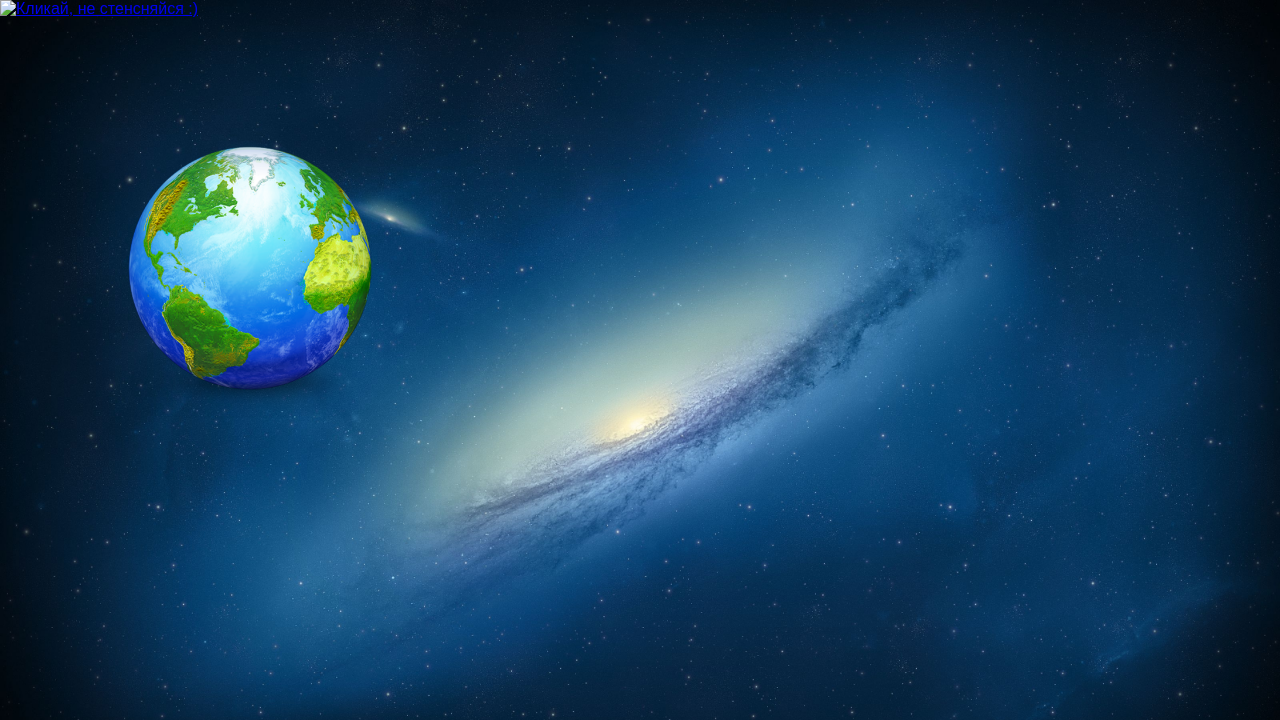
Repository: ivankovaa/HelloWorld
Page: orbita/index.html
The author's editor kept a record of every edit. The page is drawn from the files as they stood at one moment, then again after the next edit.
The browser window is 1280 px wide. The pictures show the whole page.

Above is the page before.

### orbita/index.html
<!DOCTYPE html>
<html lang="ru">
  <head>
    <meta charset="UTF-8">
    <link rel="stylesheet" href="style.css">
    <title>Орбита луны на CSS3</title>
  </head>
  <body>
    <!--Copyright www.Master-CSS.com-->
    <div class="my-logo"><a href="http://master-css.com/go/22/"><img src="http://master-css.com/favicon.png" alt="Кликай, не стенсняйся :)" title="Кликай, не стенсняйся :)" class="my-logo__pic"></a></div>
    <!--end copyright-->

    <img src="images/earth.png" alt "Земля" class="earth">
    <img src="images/moon2.png" alt "Луна" class="moon">

  </body>
</html>

### orbita/style.css
body{
  margin: 0;
  padding: 0;
  font: 1em sans-serif;
}

html, body{height: 100%;}

body{
  margin: 0;
  padding: 0;
  font: 1em sans-serif;
  background: url(images/cosmos.jpg);
  background-size: cover;
}

.earth{
  width: 300px;
  padding: 100px;
  position: relative;
  z-index: 1;
}

.moon{
  position: absolute;
  top: 170px;
  left: 170px;
  -webkit-animation: linear 5s orbita infinite;
  animation: linear 5s orbita infinite;
  z-index: 0;
}

@-webkit-keyframes orbita{
  0%{width: 72px}
  24%{z-index: 0;}
  25%{left: 400px; top: 130px; z-index: 2;}
  50%{width: 128px}
  74%{z-index: 2;}
  75%{top: 300px; left: 0; z-index: 0;}
  100%{width: 72px; transform: rotate(360deg);}
}

@keyframes orbita{
  0%{width: 72px}
  24%{z-index: 0;}
  25%{left: 400px; top: 130px; z-index: 2;}
  50%{width: 128px}
  74%{z-index: 2;}
  75%{top: 300px; left: 0; z-index: 0;}
  100%{width: 72px; transform: rotate(360deg);}
}

After the next edit:
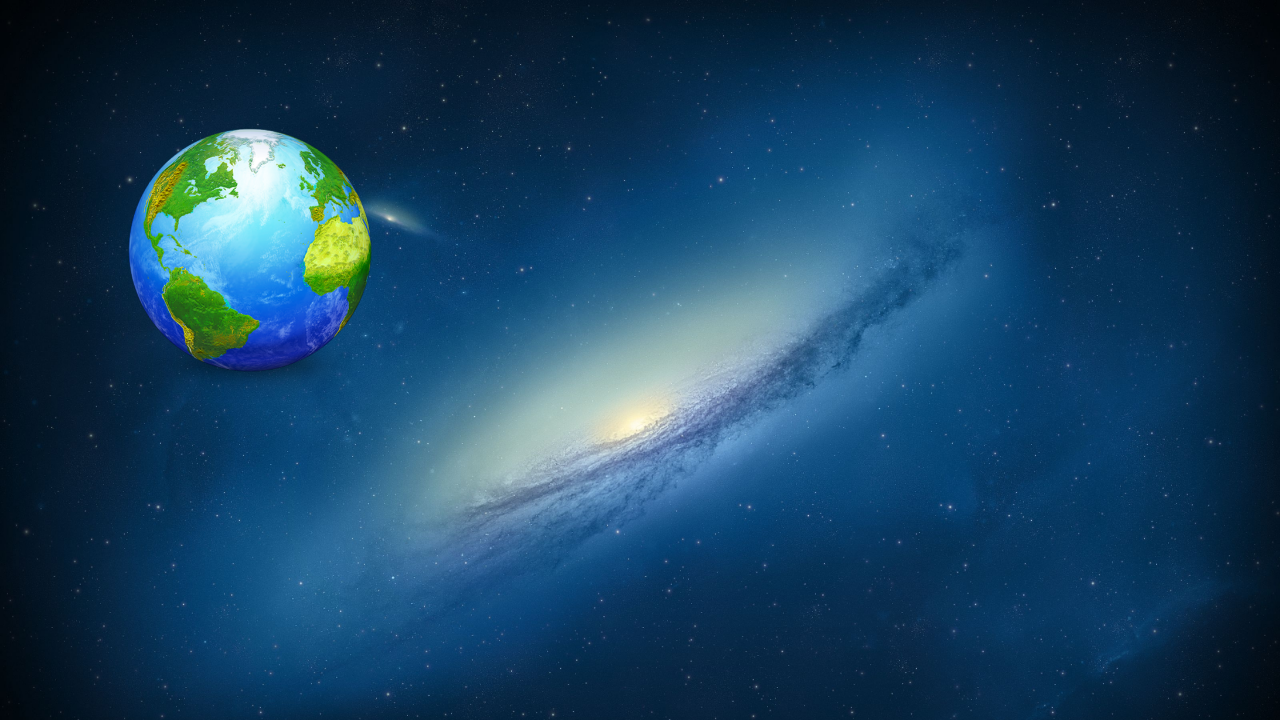
The edit:
--- a/orbita/index.html
+++ b/orbita/index.html
@@ -6,12 +6,7 @@
     <title>Орбита луны на CSS3</title>
   </head>
   <body>
-    <!--Copyright www.Master-CSS.com-->
-    <div class="my-logo"><a href="http://master-css.com/go/22/"><img src="http://master-css.com/favicon.png" alt="Кликай, не стенсняйся :)" title="Кликай, не стенсняйся :)" class="my-logo__pic"></a></div>
-    <!--end copyright-->
-
-    <img src="images/earth.png" alt "Земля" class="earth">
-    <img src="images/moon2.png" alt "Луна" class="moon">
-
+    <img src="images/earth.png" alt="Земля" class="earth">
+    <img src="images/moon2.png" alt="Луна" class="moon">
   </body>
 </html>
